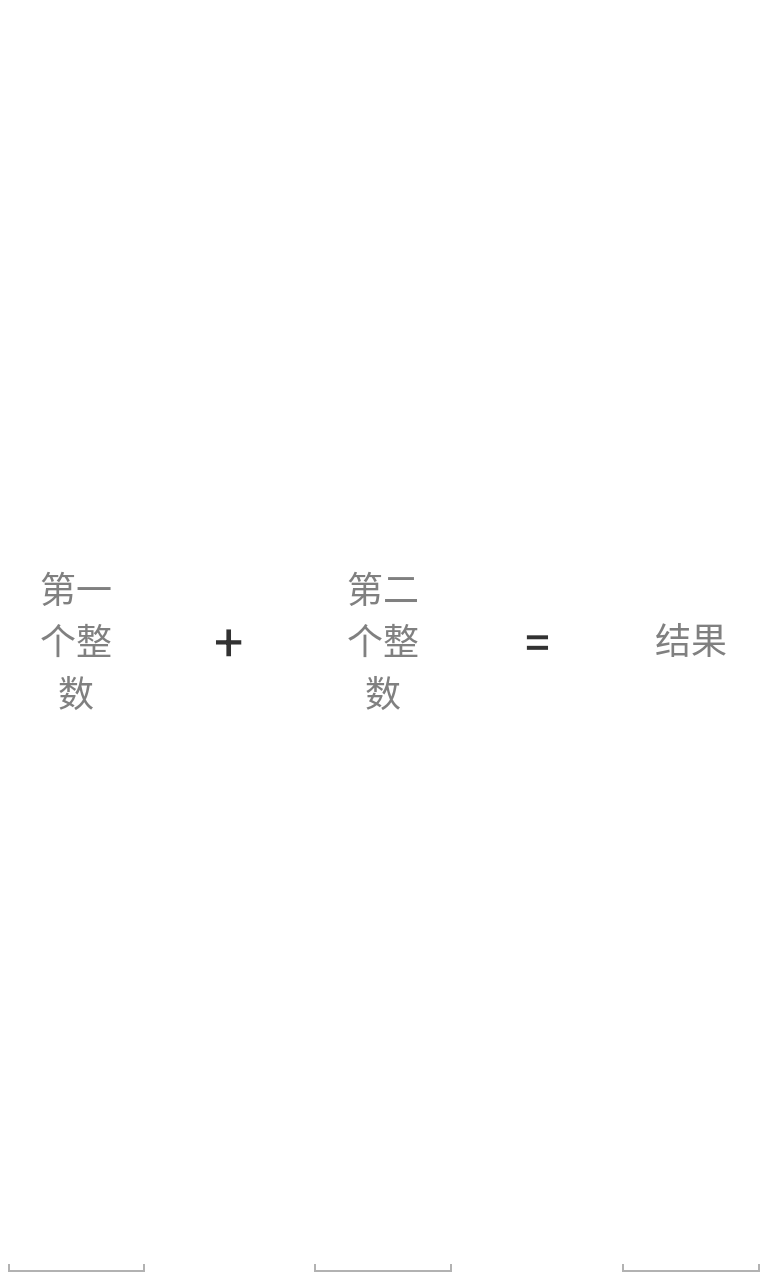
Repository: ouyangshengduo/Android_NDK_First
Layout: Android_NDK_Demo001/res/layout/activity_main.xml
The author's editor kept a copy of each file at every save. The layout is drawn from the files as they stood at one save, then again after the next save.
It is drawn on a 768 x 1280 px phone screen (xhdpi) without system bars, with theme AppTheme; the app's code is not run.

Above is the layout before, as saved 2016-06-10 04:17:36.

After the next save:
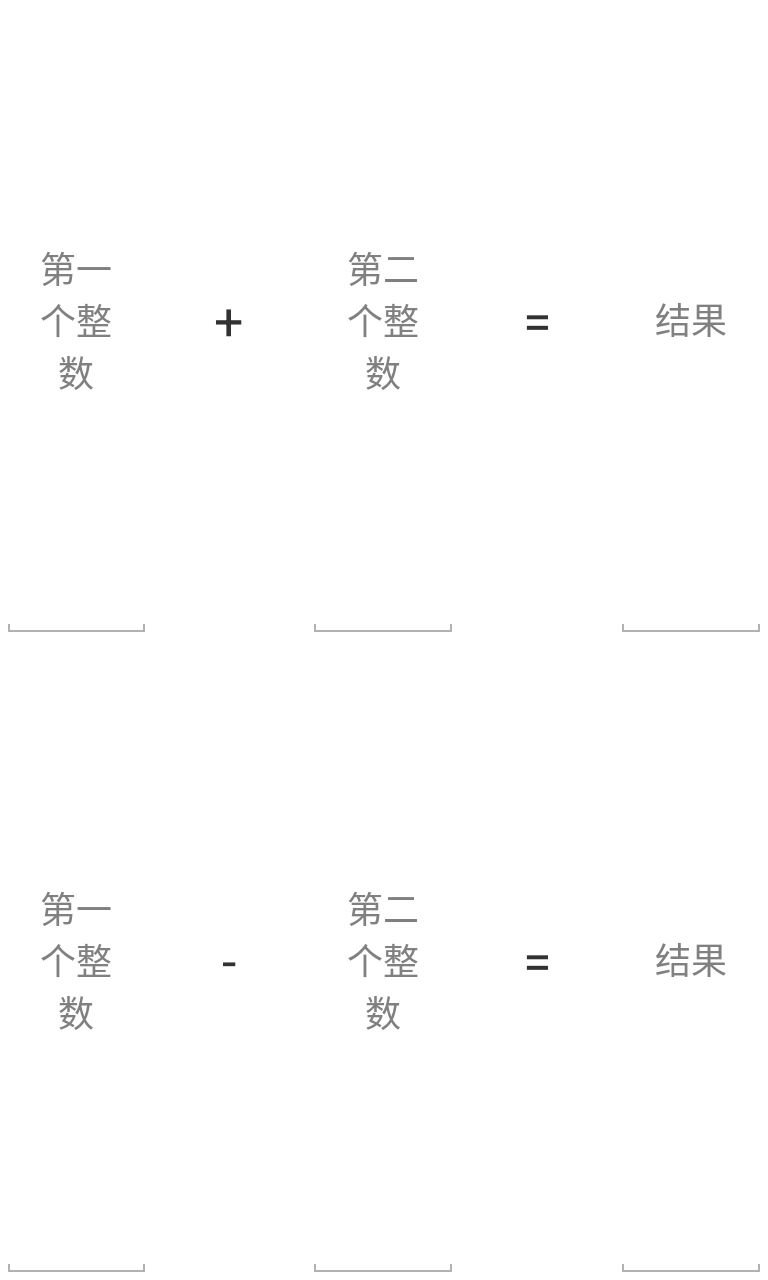
Saved 40 s later.
--- a/Android_NDK_Demo001/res/layout/activity_main.xml
+++ b/Android_NDK_Demo001/res/layout/activity_main.xml
@@ -44,7 +44,56 @@
             android:textSize="26sp"/>
 
         <EditText
-            android:id="@+id/etResult"
+            android:id="@+id/etAddResult"
+            android:layout_width="0dp"
+            android:layout_height="fill_parent"
+            android:layout_weight="1"
+            android:hint="结果"
+            android:gravity="center"
+            />
+    </LinearLayout>
+
+    <LinearLayout
+        android:layout_height="0dp"
+        android:layout_width="fill_parent"
+        android:layout_weight="1"
+        android:orientation="horizontal">
+
+        <EditText
+            android:id="@+id/etSub_A"
+            android:layout_width="0dp"
+            android:layout_height="fill_parent"
+            android:layout_weight="1"
+            android:hint="第一个整数"
+            android:gravity="center"
+            />
+        <TextView
+            android:layout_height="fill_parent"
+            android:layout_width="0dp"
+            android:layout_weight="1"
+            android:layout_gravity="center"
+            android:gravity="center"
+            android:text="-"
+            android:textSize="26sp"/>
+
+        <EditText
+            android:id="@+id/etSub_B"
+            android:layout_width="0dp"
+            android:layout_height="fill_parent"
+            android:layout_weight="1"
+            android:hint="第二个整数"
+            android:gravity="center"
+            />
+        <TextView
+            android:layout_height="fill_parent"
+            android:layout_width="0dp"
+            android:layout_weight="1"
+            android:gravity="center"
+            android:text="="
+            android:textSize="26sp"/>
+
+        <EditText
+            android:id="@+id/etSubResult"
             android:layout_width="0dp"
             android:layout_height="fill_parent"
             android:layout_weight="1"
